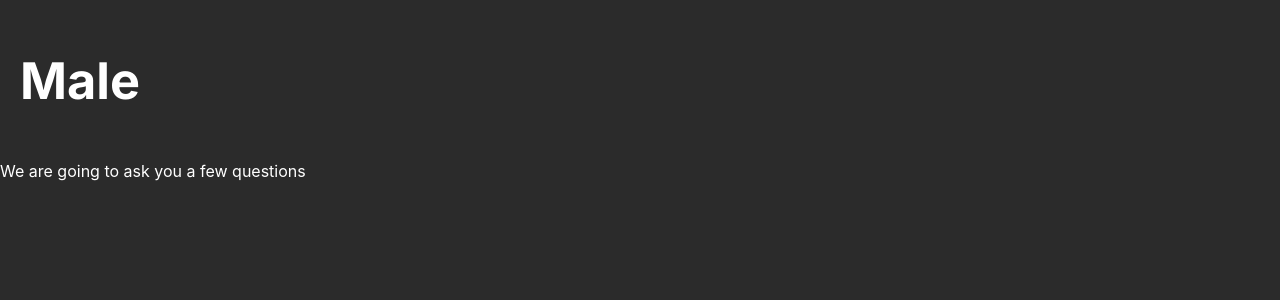
Repository: devhabeeblateef/tictactoe
Page: /
The author's editor kept a copy of each file at every save. The page is drawn from the files as they stood at one save, then again after the next save.
The browser window is 1280 px wide. The pictures show the whole page.
The project was rebuilt for these pictures with package versions that can differ from the ones it lists, and the page was loaded fresh each time. Also part of the build but not shown: src/App.css.

Above is the page before, as saved 2022-06-17 01:01:14.

### src/App.js
import logo from './logo.svg';
import './App.css';
import Form from './Form';

function App() {
  return (
    <div>
      <Form/>
    </div>
  );
}

export default App;

### src/Form.js
import React from 'react'
import classes from './Home.module.css'

function Form() {
  return (
    <div>
        <h1 className={classes.home__header}>
            Male
        </h1>
        <p>We are going to ask you a few questions
        </p>
    </div>
  )
}

export default Form

### src/Home.module.css
@import url('https://fonts.googleapis.com/css2?family=Inter:wght@100;200;300;400;500;600;700;800;900&display=swap');

body
{
    background-color: #2b2b2b;
    color: #fff;
}

.home__header
{
    margin:50px 20px;
    font-size: 5ch;
    font-family: 'Inter', sans-serif;
    font-weight: bold;
}

.home__info
{
    font-family: 'Inter', sans-serif;
    font-weight: 100;
    margin: -40px 20px;
}

img
{
    width: 350px;
}

.button
{
    margin: 50px 20px;
}


.button__one
{
    background-color: #23A6FD;
    border-radius: 60px;
    border: none;
    padding:8px 30px;
    color: white;
    margin-right: 10px;
    font-family: 'Montserrat', sans-serif;
    cursor: pointer;
}

.button__two
{
    margin-left: 10px;
    background-color: transparent;
    border-radius: 60px;
    padding: 8px 30px;
    border: 2px solid #fff;
    color: white;
    font-family: 'Montserrat', sans-serif;
    cursor: pointer;
}

@media (max-width:400px){
.button__two
{
    margin: 20px 0;
    border-radius: 60px;

}
}

a
{
    color: #fff;
    text-decoration: none;
}

a:hover
{
    color: white;
}

Loaded but not shown: src/index.js (common file); src/index.css (common file); src/reportWebVitals.js (common file)

After the next save:
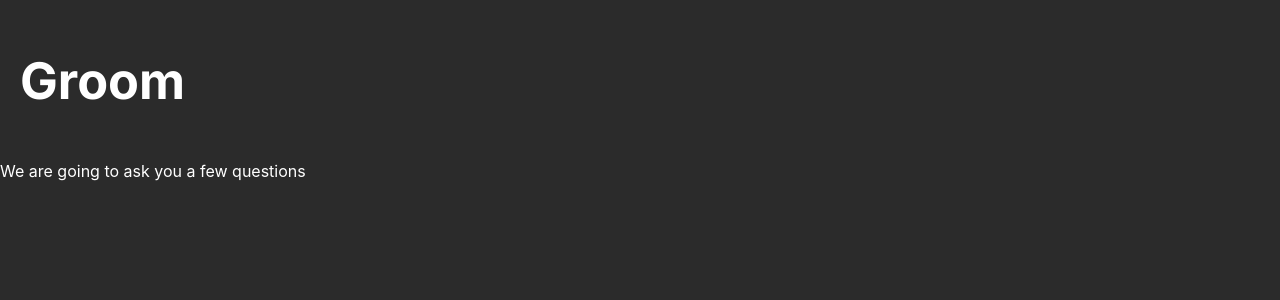
Saved 14 s later.
--- a/src/Form.js
+++ b/src/Form.js
@@ -5,7 +5,7 @@ function Form() {
   return (
     <div>
         <h1 className={classes.home__header}>
-            Male
+            Groom
         </h1>
         <p>We are going to ask you a few questions
         </p>
